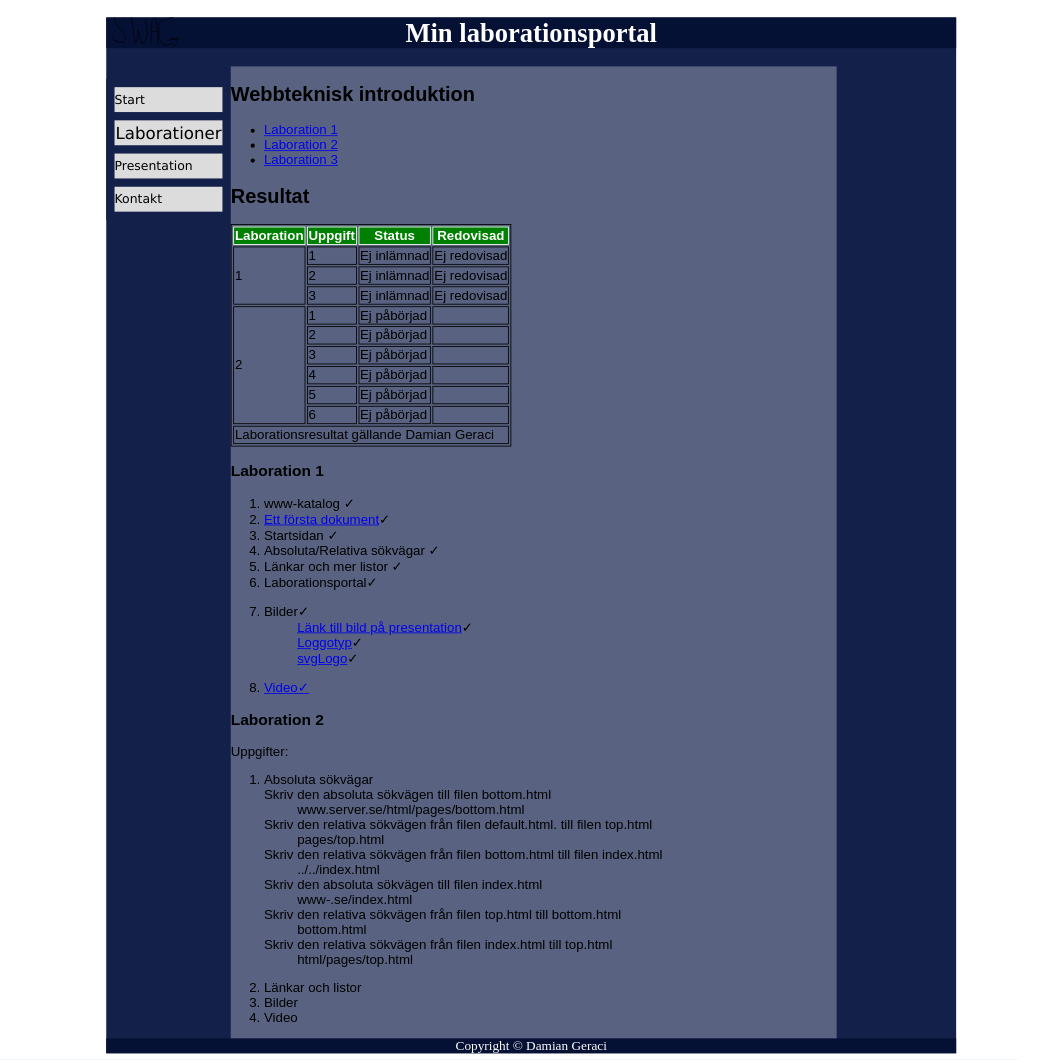
Repository: dg222dm/1ik415-laborationer
Page: pages/laborationer.html
The author's editor kept a record of every edit. The page is drawn from the files as they stood at one moment, then again after the next edit.
The browser window is 1280 px wide. The pictures show the whole page, at 83% of full size.

Above is the page before.

### pages/laborationer.html
<!doctype html>
<html lang="sv">
    <head>
        <link rel="stylesheet"  href="../css/style.css" media="screen" />
        <link rel="stylesheet"  href="../css/printfriendly.css" media="print" />
        <meta charset="utf-8" />
        <title>Laborationer</title>
        <!--http://docs.webplatform.org/wiki/guides/html_tables -->

    </head>

    <body>
        <div id="background">
        <div id="header">
            <h1>Min laborationsportal</h1>
        </div>

        <div id="nav">
            <ul>
                <li><a href="../index.html">Start</a></li>
                <li class="active"><a href="laborationer.html">Laborationer</a></li>
                <li><a href="presentation.html">Presentation</a></li>
                <li><a href="kontakt.html">Kontakt</a></li>

            </ul>
        </div>
        <div id="content">
        <article>
            <h2>Webbteknisk introduktion</h2>

            <ul>
                <li><a href="#lab1">Laboration 1</a></li>
                <li><a href="#lab2">Laboration 2</a></li>
                <li><a href="#lab3">Laboration 3</a></li>
            </ul>

    <!--Tabell med studieresultat -->
    <!-- http://www.w3schools.com/tags/tryit.asp?filename=tryhtml_td_rowspan -->
            <h2>Resultat</h2>
            <table>
                <thead>
                    <tr>
                        <th>Laboration</th>
                        <th>Uppgift</th>
                        <th>Status</th>
                        <th>Redovisad</th>
                    </tr>
                </thead>
                <tbody>
                    <tr>
                        <td rowspan="3">1</td>
                        <td>1</td>
                        <td>Ej inlämnad</td>
                        <td>Ej redovisad</td>

                    </tr>
                    <tr>
                        <td>2</td>
                        <td>Ej inlämnad</td>
                        <td>Ej redovisad</td>
                    </tr>
                    <tr>
                        <td>3</td>
                        <td>Ej inlämnad</td>
                        <td>Ej redovisad</td>
                    </tr>
                    <tr>
                        <td rowspan="6">2</td>
                        <td>1</td>
                        <td>Ej påbörjad</td>
                        <td></td>
                    </tr>
                    <tr>
                        <td>2</td>
                        <td>Ej påbörjad</td>
                        <td></td>
                    </tr>
                    <tr>
                        <td>3</td>
                        <td>Ej påbörjad</td>
                        <td></td>
                    </tr>
                    <tr>
                        <td>4</td>
                        <td>Ej påbörjad</td>
                        <td></td>
                    </tr>
                    <tr>
                        <td>5</td>
                        <td>Ej påbörjad</td>
                        <td></td>
                    </tr>
                    <tr>
                        <td>6</td>
                        <td>Ej påbörjad</td>
                        <td></td>
                    </tr>
                </tbody>
                <tfoot>
                    <tr>
                        <td colspan="4">Laborationsresultat gällande Damian Geraci</td>
                    </tr>
                </tfoot>
            </table>
    <!--Slut på länklista med ID attributer-->
    <!--FRÅGA LÄRAREN -->
            <h3><a id="lab1">Laboration 1</a></h3>
            <ol>
                <li>www-katalog &#x2713;</li>
                <li><a href="presentation.html">Ett första dokument</a>&#x2713;</li>
                <li>Startsidan &#x2713;</li>
                <li>Absoluta/Relativa sökvägar &#x2713;</li>
                <li>Länkar och mer listor &#x2713;</li>
                <li>Laborationsportal&#x2713;</li>
                <!-- fråga läraren om mellanrummet -->
                <li><dl>
                    <dt>Bilder&#x2713;</dt>
                    <dd><a href="presentation.html#lyra">Länk till bild på presentation</a>&#x2713;</dd>
                    <dd><a href="../pics/LoggoLab1.png">Loggotyp</a>&#x2713;</dd>
                    <dd><a href="../index.html#svgLogo">svgLogo</a>&#x2713;</dd>
                </dl></li>
                <li><a href="../index.html#motivation">Video&#x2713;</a></li>
            </ol>
            <h3><a id="lab2">Laboration 2</a></h3>

    <!--Lista med Laborations uppgifter-->
            <p>Uppgifter:</p>
            <ol>
                <li><dl>
                        <dt>Absoluta sökvägar</dt>
                        <dt>Skriv den absoluta sökvägen till filen bottom.html</dt>
                        <dd>www.server.se/html/pages/bottom.html</dd>
                        <dt>Skriv den relativa sökvägen från filen default.html. till filen top.html</dt>
                        <dd>pages/top.html</dd>
                        <dt>Skriv den relativa sökvägen från filen bottom.html till filen index.html</dt>
                        <dd>../../index.html</dd>
                        <dt>Skriv den absoluta sökvägen till filen index.html</dt>
                        <dd>www-.se/index.html</dd>
                        <dt>Skriv den relativa sökvägen från filen top.html till bottom.html</dt>
                        <dd>bottom.html</dd>
                        <dt>Skriv den relativa sökvägen från filen index.html till top.html</dt>
                        <dd>html/pages/top.html</dd>
                </dl></li>
                <li>Länkar och listor</li>
                <li>Bilder</li>
                <li>Video</li>
            </ol>
        </article>
        </div>
        <div id="footer">
        Copyright © Damian Geraci
        </div>
        </div>
    </body>
</html>

### css/style.css
#header {
    width:1024px;
    background-color:#051035;
    color:white;
    text-align:center;
    background-image: url(../css/pics/svgLogo.svg);
    background-size: 100px 100px;
    background-position: left -20px;
    background-repeat: no-repeat;

}
#nav ul{
    line-height:30px;
    background-color:#13214A;
    list-style-type: none;
    font-family: verdana;
    font-size:15px;
    float:left;
    padding: 0;
}

#nav li{
    margin: 10px ; /*Mellan rum mellan list items*/
}

.active {
    font-size:20px;
    text-align:center;
}

#nav a{
    display: block;
    width: 130px;
    background: #dcdcdc;
    text-decoration: none; /*tar bort understräcken*/
}

#nav a:link, #nav a:active, #nav a:visited {
    color: #000000;
}

#nav a:hover {
    background:#333333;
    color: #ffffff;
}

#background {
    width:1024px;
    height:auto;
    margin:0 auto;
    background-color:#13214A;
}



#footer {
    background-color:#051035;
    width:1024px;
    color:white;
    clear:both;
    text-align:center;

}

#content {
  width: 730px;
  float:left;
  background-color:#596381;
  height: auto;
  font-family: sans-serif;

}

.right {
    float: right;
    border:1px solid #021a40;
    padding: 1px;
}
.left {
    float: left;
    border:1px solid #021a40;
    padding: 1px;
}

.center {
    margin-left:220px;

  }

  table, td, th {
    border: 1px  solid;
}

th {
    background-color: green;
    color: white;
}
/*
header färg: #051035
nav fönster färg: #3E496F
bakgrundsfärg: #13214A
content färg: #596381
footer färg: #051035

*/

### css/printfriendly.css
body {
    background-color: white;
    color: black;
    font-family: Times,
    "Times New Roman",
    Garamond, serif;
}

#nav {
    display: none;
}

img {
    display: none;
}

video {
    display: none;
}

#header h1 {
    background-color: black;
    font-size: 24pt;
    text-align: center;
    text-transform: uppercase;
    font-family: Helvetica,
    Arial, Verdana, sans-serif;
    padding: 7pt;
}

#header h1 a {
    color: white;
}

#content h2 {
    padding: 0;
    margin: 0;
    font-size: 20pt;
    border-bottom: 1px solid black;
}

#content h3 {
    padding: 0;
    margin: 0;
    text-align: left;
    font-style: italic;
}

#content h4 {
    font-family: Helvetica,
    Verdana, Arial,
    sans-serif;
    border-top: 3pt solid black;
    background-color: #BEBEBE;
    /* ~30% black*/
    padding: 12pt;
    margin: 0;
}

#content p {
    line-height: 18pt;
}



#content a:after {
    content: " <"
    attr(href) "> ";
    font-family:courier, monospace;
    font-weight: normal;
}

a {
    text-decoration: none;
    font-weight: bold;
    color: #626466;
}

#footer {
    border-top: 1px solid #000;
    text-align: center;
    font-family: Helvetica,
    Verdana, Arial,
    sans-serif;
}

  table, td, th {
    border: 1px  solid;
}

th {
    background-color: White;
    color: Black;
}

After the next edit:
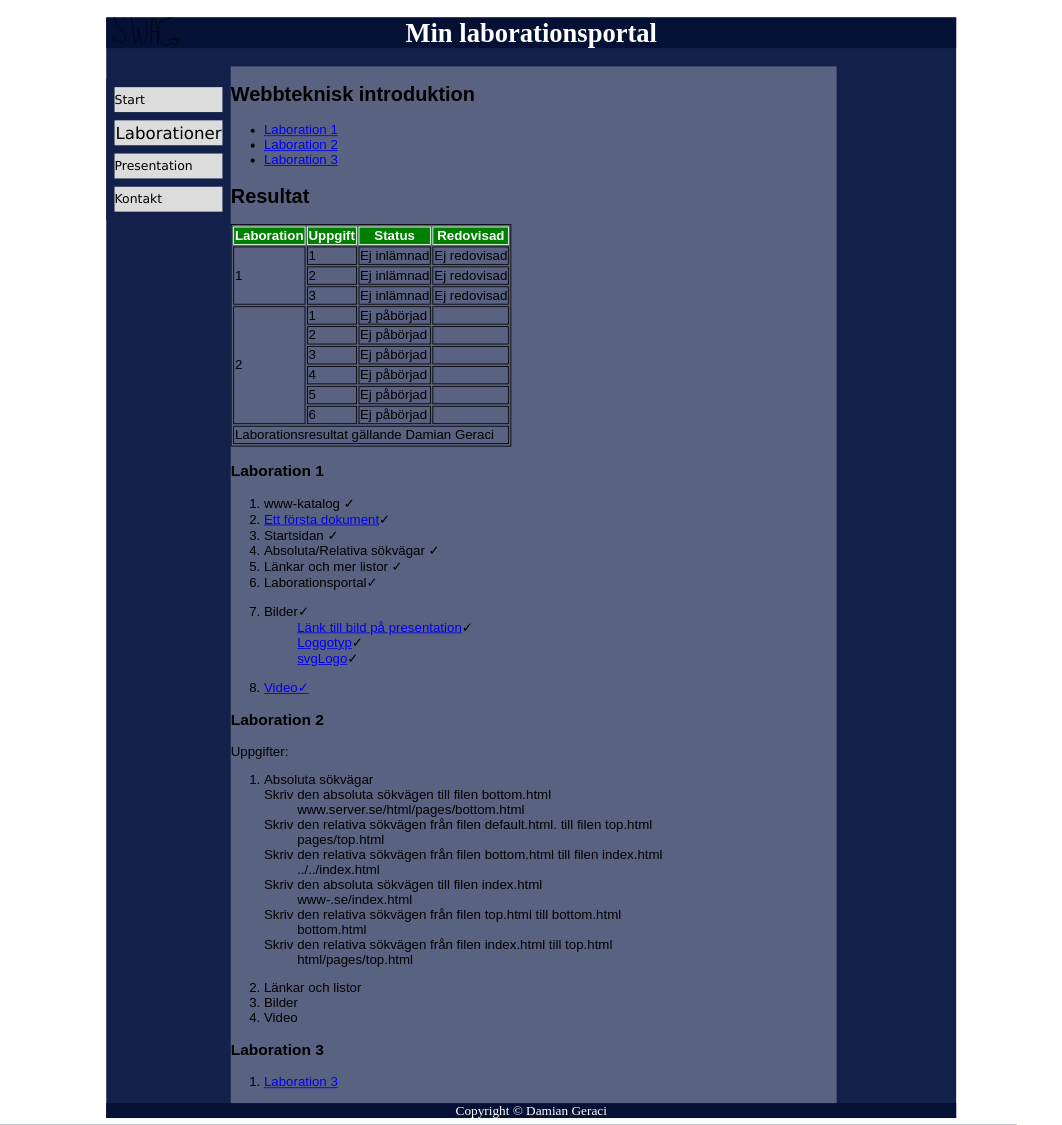
The edit:
--- a/pages/laborationer.html
+++ b/pages/laborationer.html
@@ -145,6 +145,10 @@
                 <li>Bilder</li>
                 <li>Video</li>
             </ol>
+            <h3><a id="lab3">Laboration 3</a></h3>
+            <ol>
+                <li><a href="https://uppgift-3-3-c9-dg222dm.c9.io/#">Laboration 3</a></li>
+            </ol>
         </article>
         </div>
         <div id="footer">
